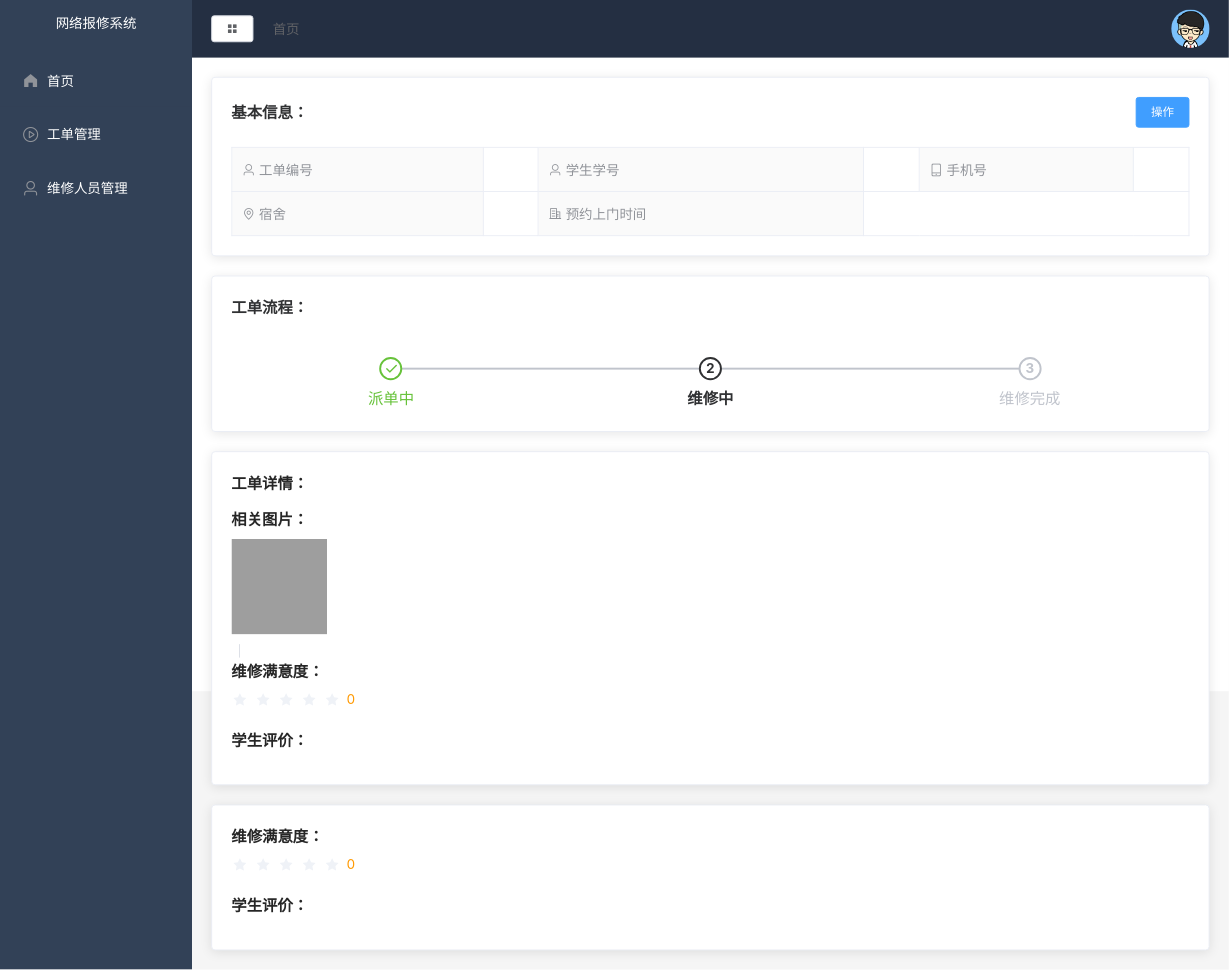
Repository: LtheW/vue
Page: /submit
The author's editor kept a copy of each file at every save. The page is drawn from the files as they stood at one save, then again after the next save.
The browser window is 1280 px wide. The pictures show the whole page, at 96% of full size.
Pictures or frames that could not be fetched are drawn as grey boxes. The page's requests for data from a server got no answer. The project was rebuilt for these pictures with package versions that can differ from the ones it lists, and the page was loaded fresh each time. No one was signed in, and anything a server would have sent is missing. Also part of the build but not shown: vue.config.js, src/components/CommonTag.vue, src/views/Maintainer/Add.vue.

Above is the page before, as saved 2022-03-27 13:10:55.

After the next save:
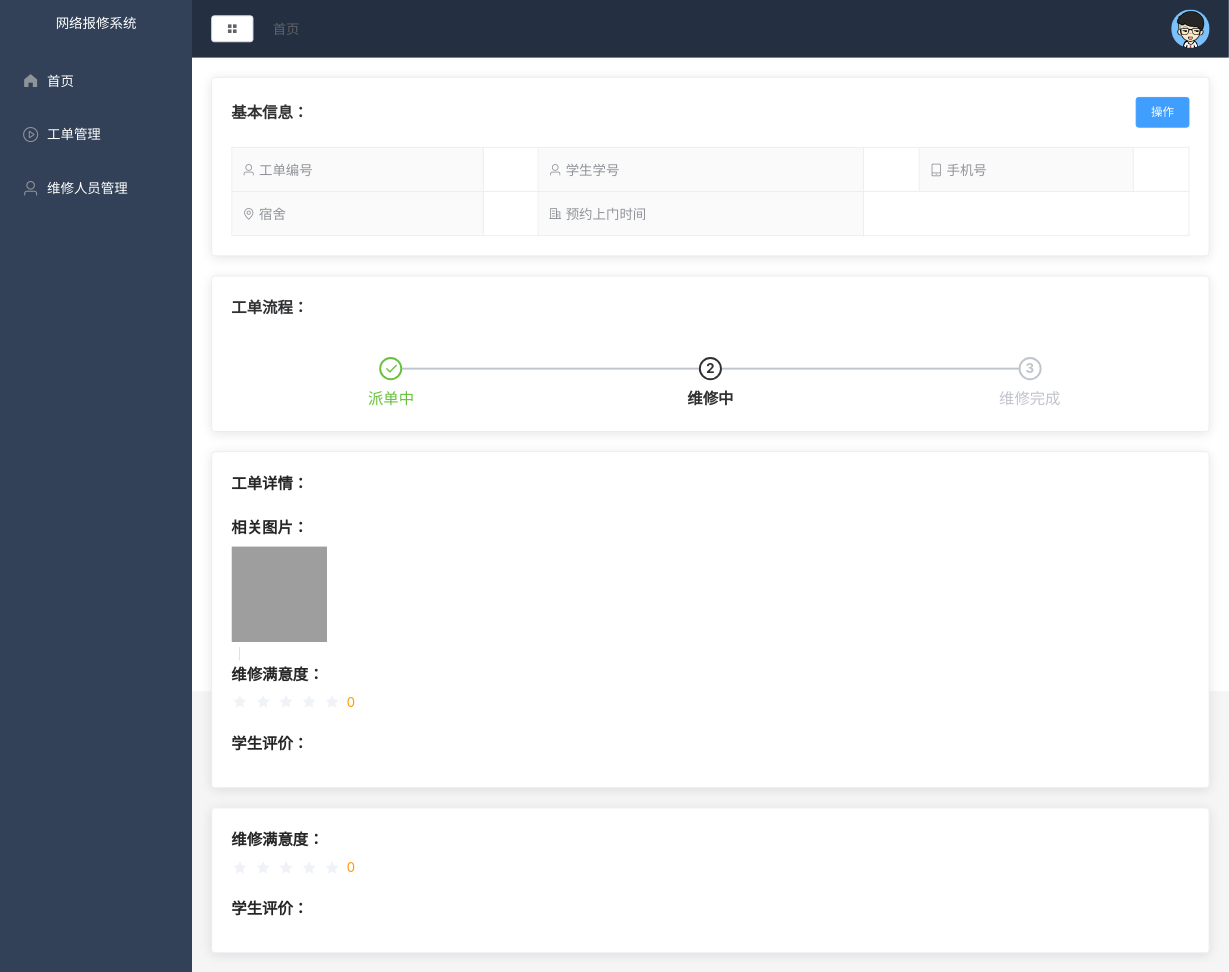
Saved 100 s later.
--- a/src/views/Submit.vue
+++ b/src/views/Submit.vue
@@ -70,7 +70,7 @@
       </el-card>
       <div class="p">
         <el-card class="panel">
-          <div>
+          <div class="container">
           <h5 class="title">工单详情：</h5>
 
           <p>{{ form.workorderContent }}</p>
@@ -84,7 +84,7 @@
           </el-image>
           </div>
             <el-divider direction="vertical"></el-divider>
-          <div>
+          <div class="container">
           <h5 class="title">维修满意度：</h5>
           <el-rate
             v-model="form.maintenanceSatisfaction"
@@ -191,4 +191,8 @@ export default {
   flex-direction: row;
   justify-content: flex-start;
 }
+.container{
+  display: flex;
+  flex-direction: column;
+}
 </style>
